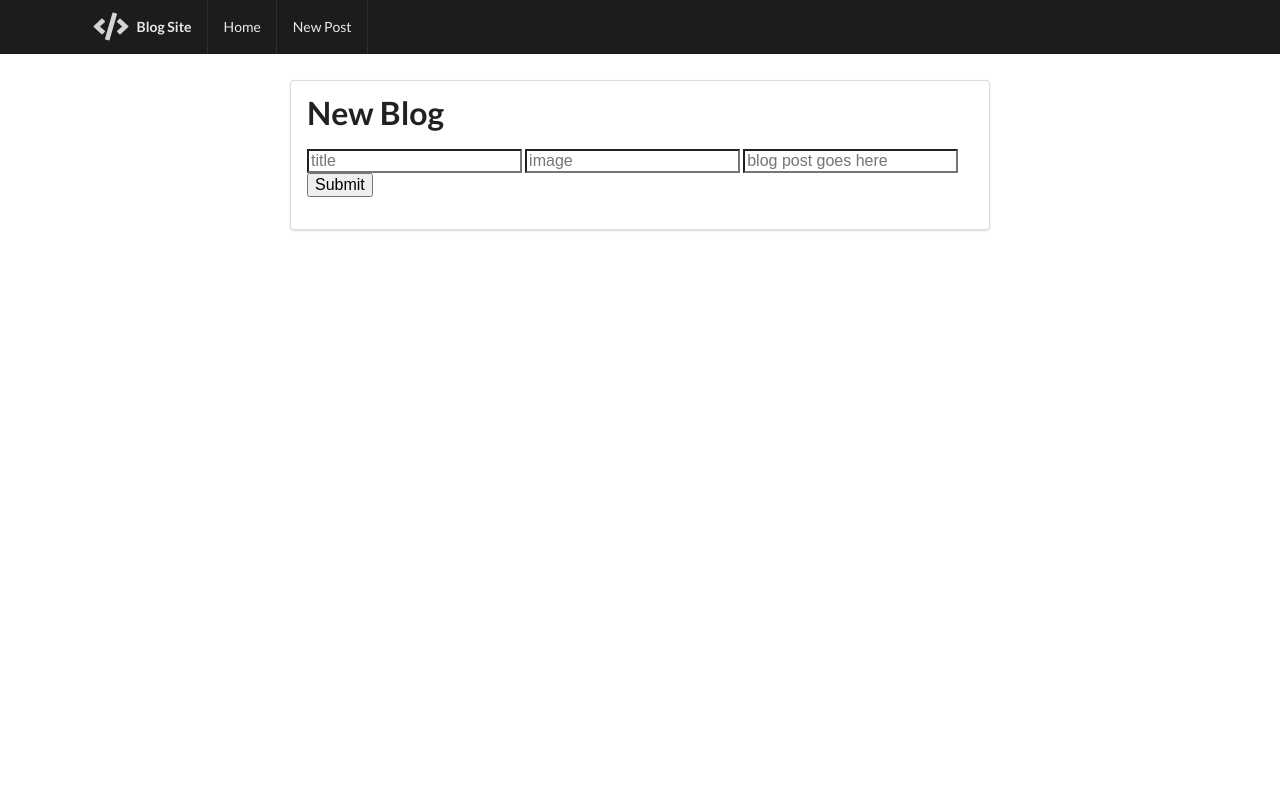
Repository: msuzuki23/AWS-Cloud9-YelpCamp
Page: http://localhost/blogs/new
The author's editor kept a record of every edit. The page is drawn from the files as they stood at one moment, then again after the next edit.
The browser window is 1280 px wide. The pictures show the whole page.
The page is served by the project's Node server (RestBlogs/app.js).

Above is the page before.

After the next edit:
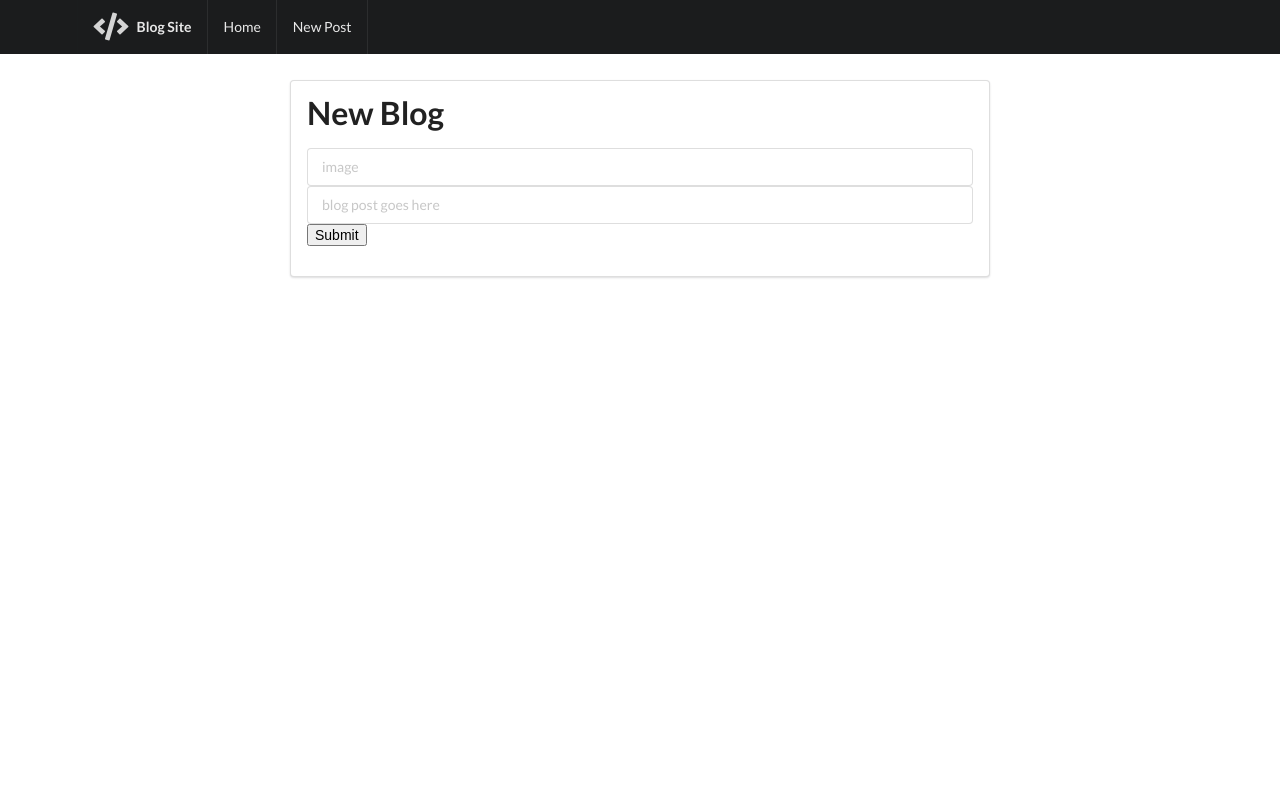
The edit:
--- a/RestBlogs/views/new.ejs
+++ b/RestBlogs/views/new.ejs
@@ -1,8 +1,11 @@
 <% include ./partials/header %>
 <div class="ui main text container segment">
     <div class="ui huge header">New Blog</div>
-    <form action="/blogs" method="POST">
-        <input type="text" name="blog[title]" placeholder="title">
+    <form class="ui form" action="/blogs" method="POST">
+        <div class="field">
+
+        </div>
+
         <input type="text" name="blog[image]" placeholder="image">
         <input type="text" name="blog[body]" placeholder="blog post goes here">
         <input type="submit">
